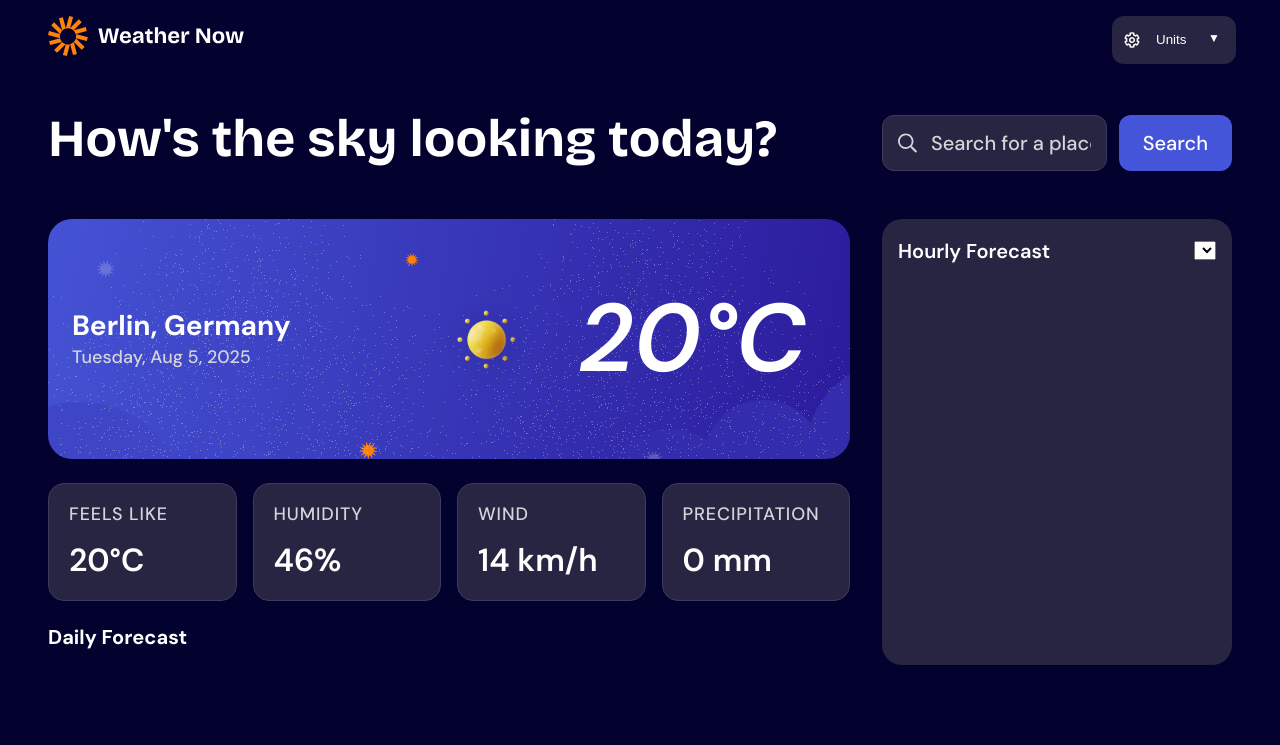
Repository: MKwaak/weather-app-main
Page: index.html
An editor plug-in stored every save of this project. The page is shown before and after the next save, followed by the edit.
The browser window is 1280 px wide. The pictures show the whole page.
The page's requests for data from a server got no answer.

Above is the page before, as saved 2026-02-01 02:12:29.

After the next save:
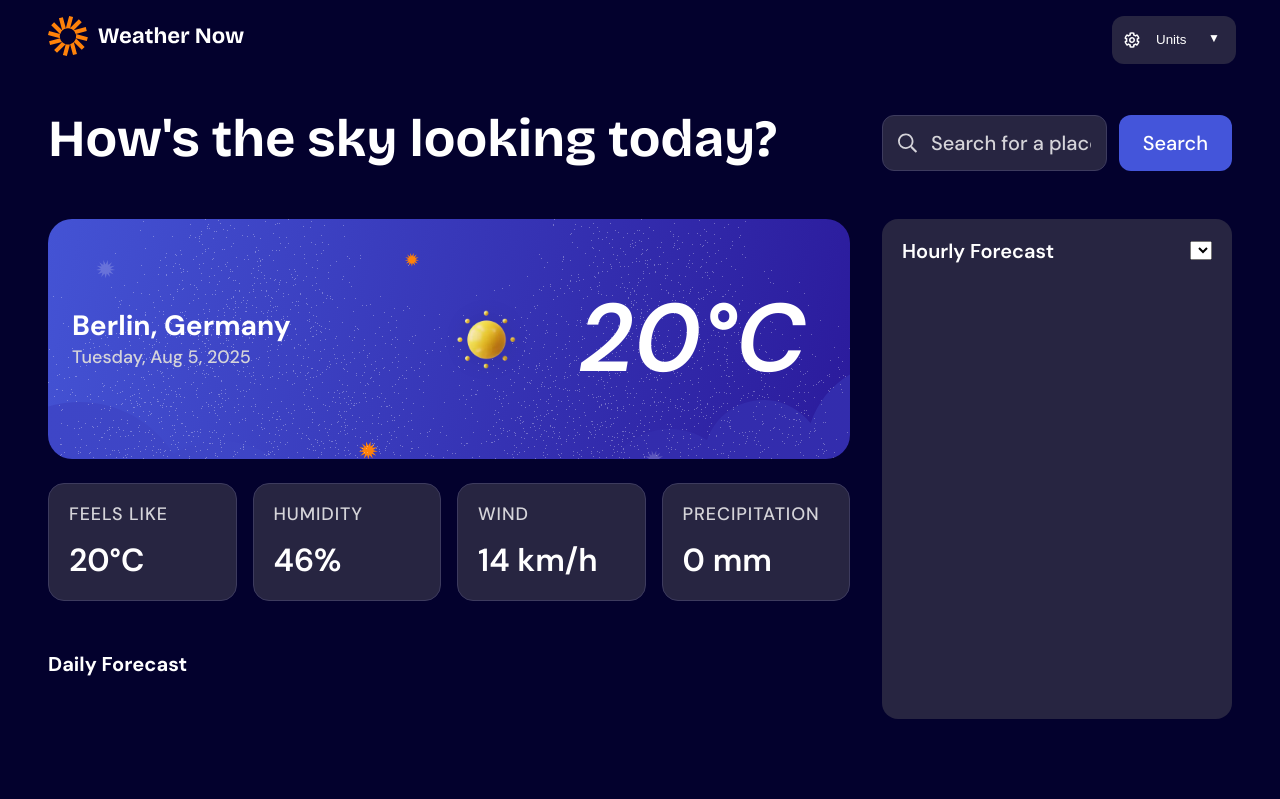
Saved 13 min 20 s later.
--- a/style.css
+++ b/style.css
@@ -620,6 +620,7 @@
   display: grid !important;
   grid-template-columns: repeat(2, 1fr);
   gap: 12px;
+  min-height: min-content; /* Dwingt de browser naar de inhoud te kijken */
 }
 
 /* De aanpassing voor Desktop: LOS van de rest */
@@ -684,10 +685,11 @@
   grid-area: hourly;
   display: flex;
   flex-direction: column;
+  height: 100%; /* Vul de hele rechterkolom */
+  min-height: 500px; /* Geef het een basis zodat het niet inklapt */
+  border-radius: 16px;
+  padding: 20px;
   background-color: var(--color-panel-bg-dark);
-  border-radius: 20px;
-  padding: 20px 16px;
-  height: 100%;
 }
 
 /* MOBIEL: Beperk de hoogte zodat je niet eindeloos scrollt */
@@ -738,10 +740,9 @@
 .hourly__hours {
   display: flex;
   flex-direction: column; /* stack vertically */
-  gap: 10px; /* spacing between hour blocks */
+  gap: 12px; /* spacing between hour blocks */
   flex: 1; /* Elke uur-box wordt even hoog */
   overflow-y: auto; /* Zorgt voor een scrollbar als er teveel uren zijn */
-  min-height: 0; /* CRUCIAAL voor scrollen binnen flexbox */
   padding-right: 8px; /* optional for scrollbar spacing */
 }
 
